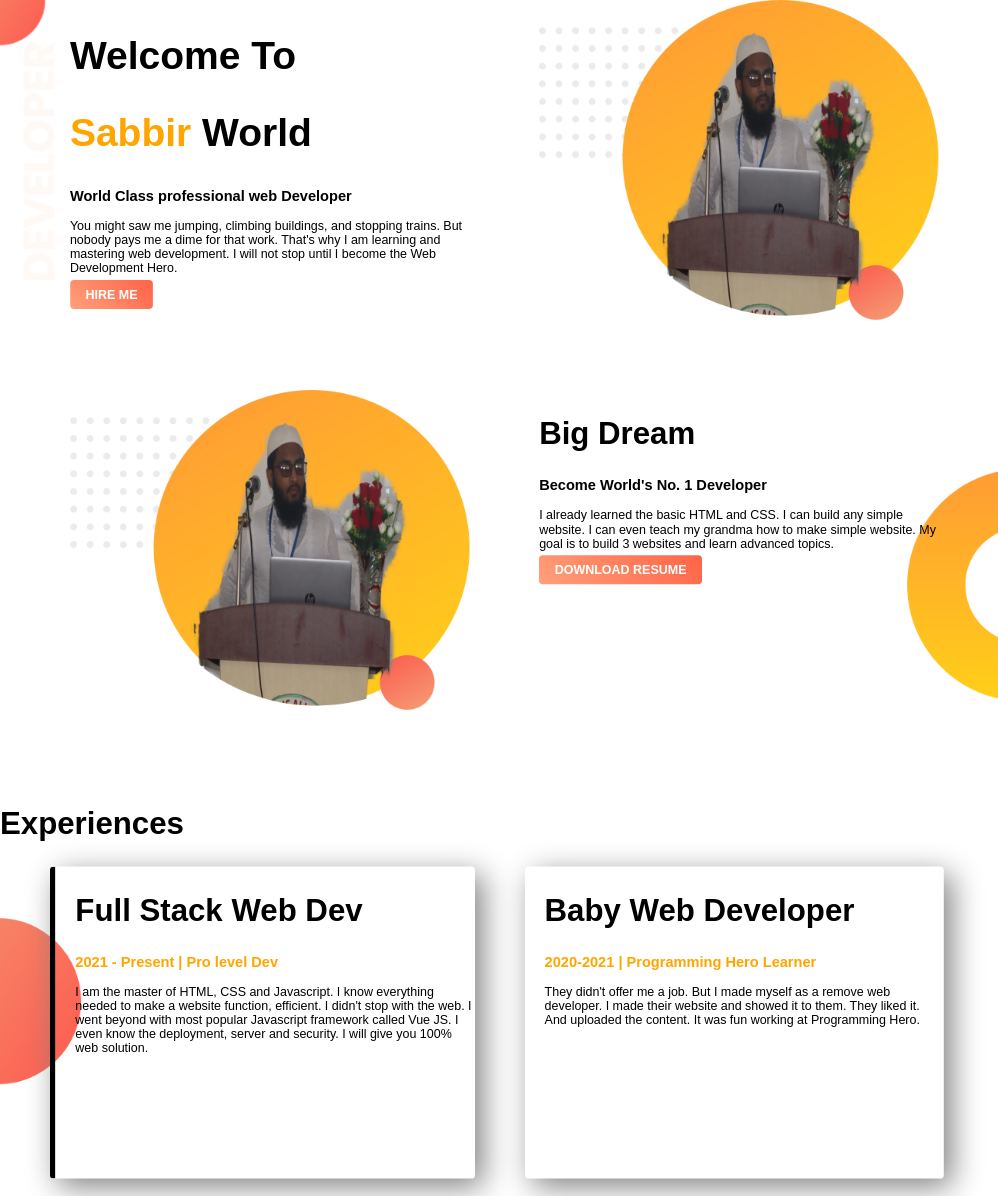
Repository: sabbircse3/web-protfolio
Page: index.html
An editor plug-in stored every save of this project. The page is shown before and after the next save, followed by the edit.
The browser window is 1280 px wide. The pictures show the whole page, at 78% of full size.

Above is the page before, as saved 2021-01-04 10:49:40.

### index.html
<!DOCTYPE html>
<html lang="en">
<head>
    <meta charset="UTF-8">
    <meta name="viewport" content="width=device-width, initial-scale=1.0">
    <title>Sabbir web-portfolio</title>
    <link rel="preconnect" href="https://fonts.gstatic.com">
    <link href="https://fonts.googleapis.com/css2?family=Montserrat&display=swap" rel="stylesheet">
    <link rel="stylesheet" href="style.css">
</head>
<body>
    <section class="top-banner">
        <div class="half-width">
            <h1>Welcome To</h1>
            <h1> <span class="name-highlight">Sabbir</span> World</h1>
            <h3>World Class professional web Developer</h3>
            <p>You might saw me jumping, climbing buildings, and stopping trains. But nobody pays me a dime for that work. That's why I am learning and mastering web development. I will not stop until I become the Web Development Hero.</p>
            <a class="link-button" target="_blank" href="https://www.linkedin.com/company/programminghero/">HIRE ME</a>
        </div>

        <div class="half-width">
            <img src="images/sabbir1.png" alt="">
        </div>
    </section>

    <section class="dream-area">
        <div class="half-width">
            <img src="images/sabbir1.png" alt="">
        </div>

        <div class="half-width">
            <h2> Big Dream</h2>
            <h3>Become World's No. 1 Developer</h3>
            <p>I already learned the basic HTML and CSS. I can build any simple website. I can even teach my grandma how to make simple website. My goal is to build 3 websites and learn advanced topics.</p>
            <a class="link-button" target="_blank" href="https://www.linkedin.com/company/programminghero/">DOWNLOAD RESUME</a>
        </div>

    </section>

    <section class="experience-area">
        <h2>Experiences</h2>
        <div id="full-stack" class="half-width single-experience">
            <h2>Full Stack Web Dev</h2>
            <h3 class="orange-highlight">2021 - Present | Pro level Dev</h3>
            <p>I am the master of HTML, CSS and Javascript. I know everything needed to make a website function, efficient. I didn't stop with the web. I went beyond with most popular Javascript framework called Vue JS. I even know the deployment, server and security. I will give you 100% web solution.</p>

        </div>

        <div class="half-width single-experience">
            <h2>Baby Web Developer</h2>
            <h3 class="orange-highlight">2020-2021 | Programming Hero Learner</h3>
            <p>They didn't offer me a job. But I made myself as a remove web developer. I made their website and showed it to them. They liked it. And uploaded the content. It was fun working at Programming Hero.</p>

        </div>

    </section>

</body>
</html>

### style.css
body{
    font-family: sans-serif;
    margin: 0px;
}
h1{
    font-size: 50px;
}
h2{
    font-size: 40px;
}
.name-highlight{
    color: orange;
}
.half-width{
    width: 40%;
    float: left;
    margin-left: 5%;
    padding-left: 2%;
}
.half-width img{
    width: 100%;
}
.top-banner{
    background-image: url("images/top-banner.png");
    background-repeat: no-repeat;
}
section{
    height: 500px;
}
.link-button{
    text-decoration: none;
    background-image: linear-gradient(45deg, lightSalmon, tomato);
    padding: 10px 20px;
    border-radius: 5px;
    color: white;
    font-weight: 700;
}
.dream-area{
    background-image: url("images/dream-bg.png");
    background-repeat: no-repeat;
    background-position: right;
}
.experience-area{
    background-image: url("images/exp-bg.png");
    background-repeat: no-repeat;
    background-position: left;


}
.orange-highlight{
    color: orange;
}
.single-experience{
    box-shadow: 10px 10px 40px gray;
    border-radius: 5px;
    height: 80%;

}
#full-stack{
    border-left: 7px solid;
    border-image: ;
}

After the next save:
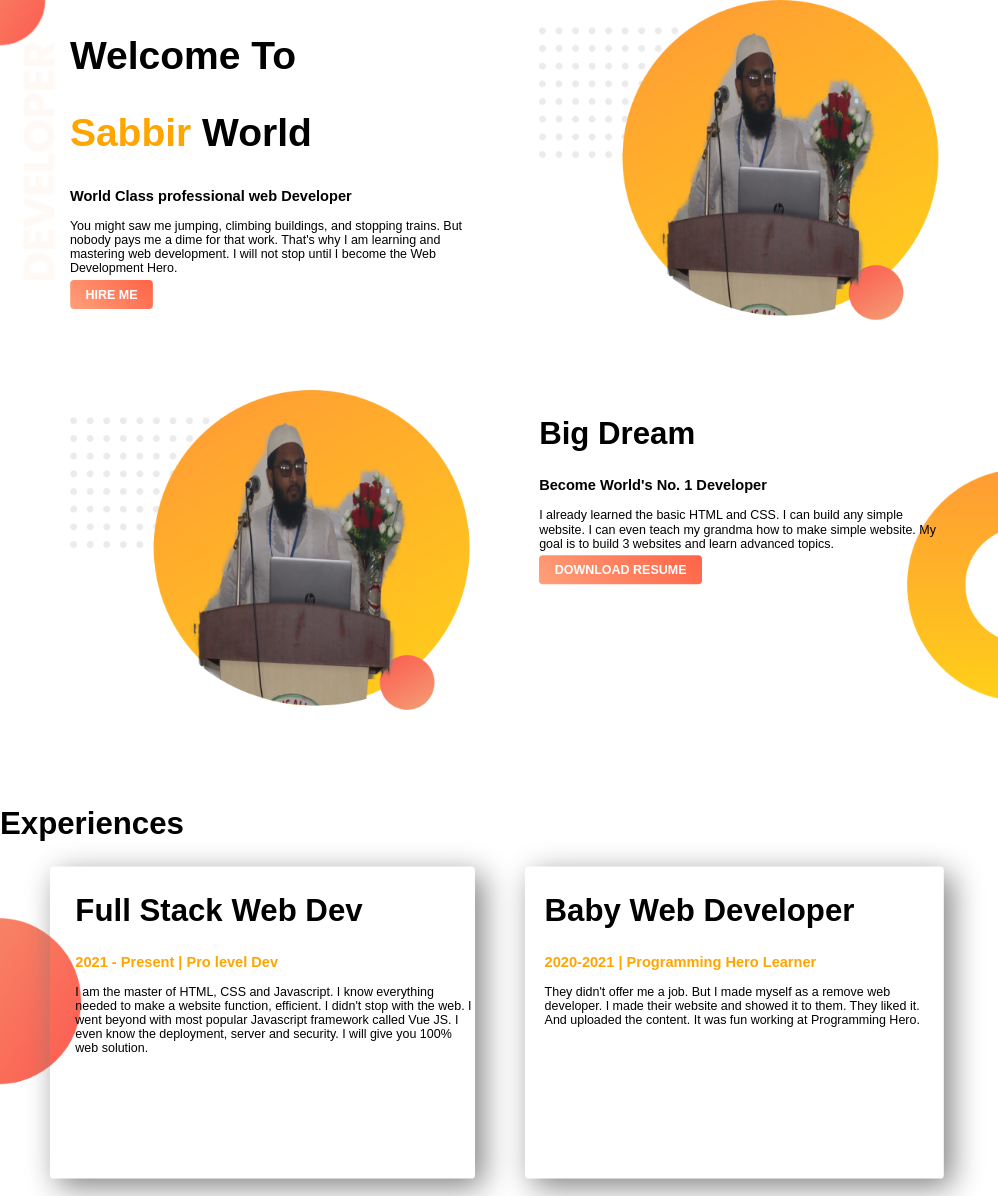
Saved 18 s later.
--- a/style.css
+++ b/style.css
@@ -58,5 +58,5 @@ section{
 }
 #full-stack{
     border-left: 7px solid;
-    border-image: ;
+    border-image: linear-gradient(45deg, lightSalmon, tomato);;
 }
